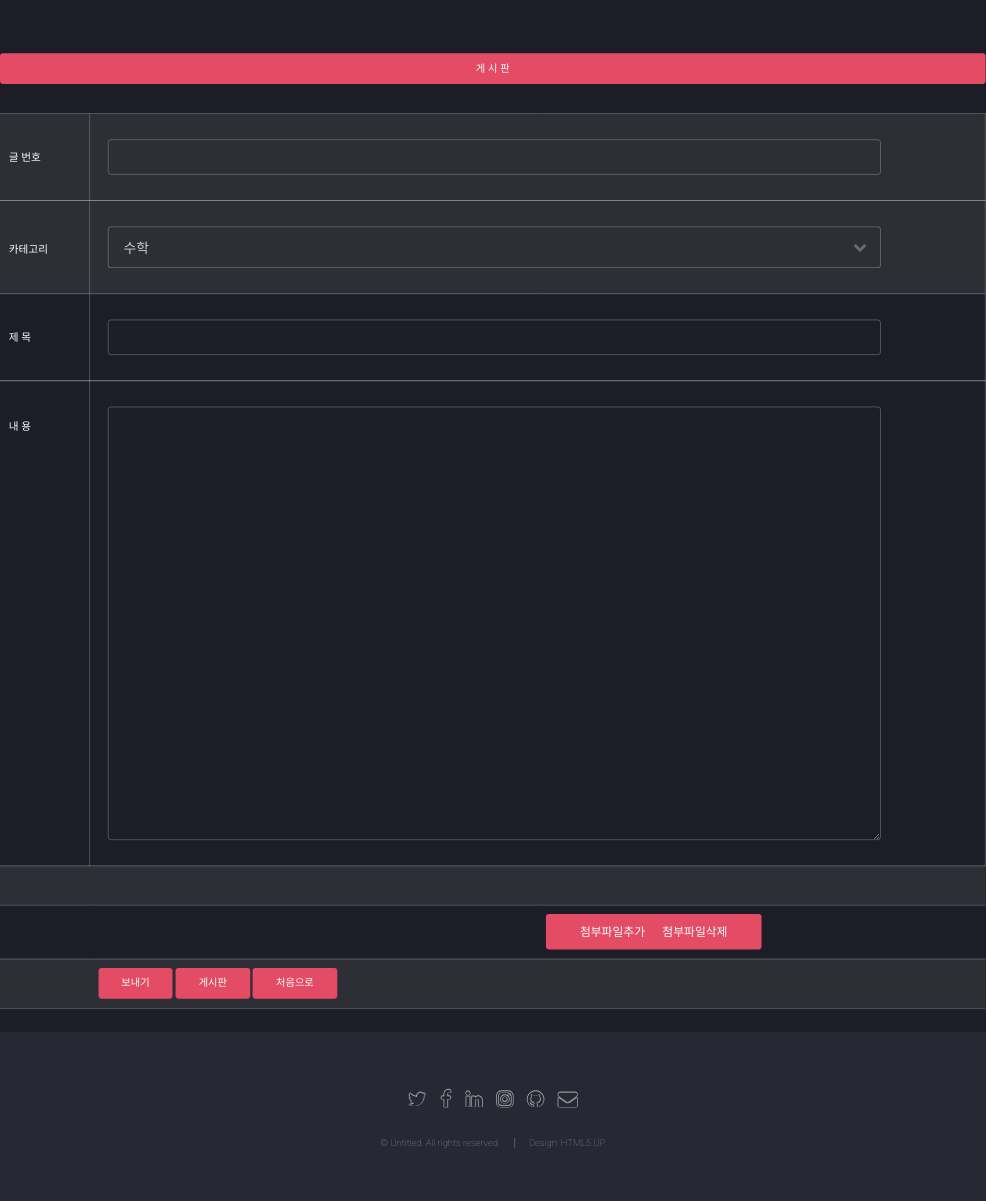
Repository: worMholEamkim/SpringEX
Page: http://localhost/bbs/bbsupdate.do
An editor plug-in stored every save of this project. The page is shown before and after the next save, followed by the edit.
The browser window is 1280 px wide. The pictures show the whole page, at 77% of full size.
The page is served by Tomcat 9. Queries for data that is not in the repository find no rows.

Above is the page before, as saved 2019-03-18 05:27:26.

After the next save:
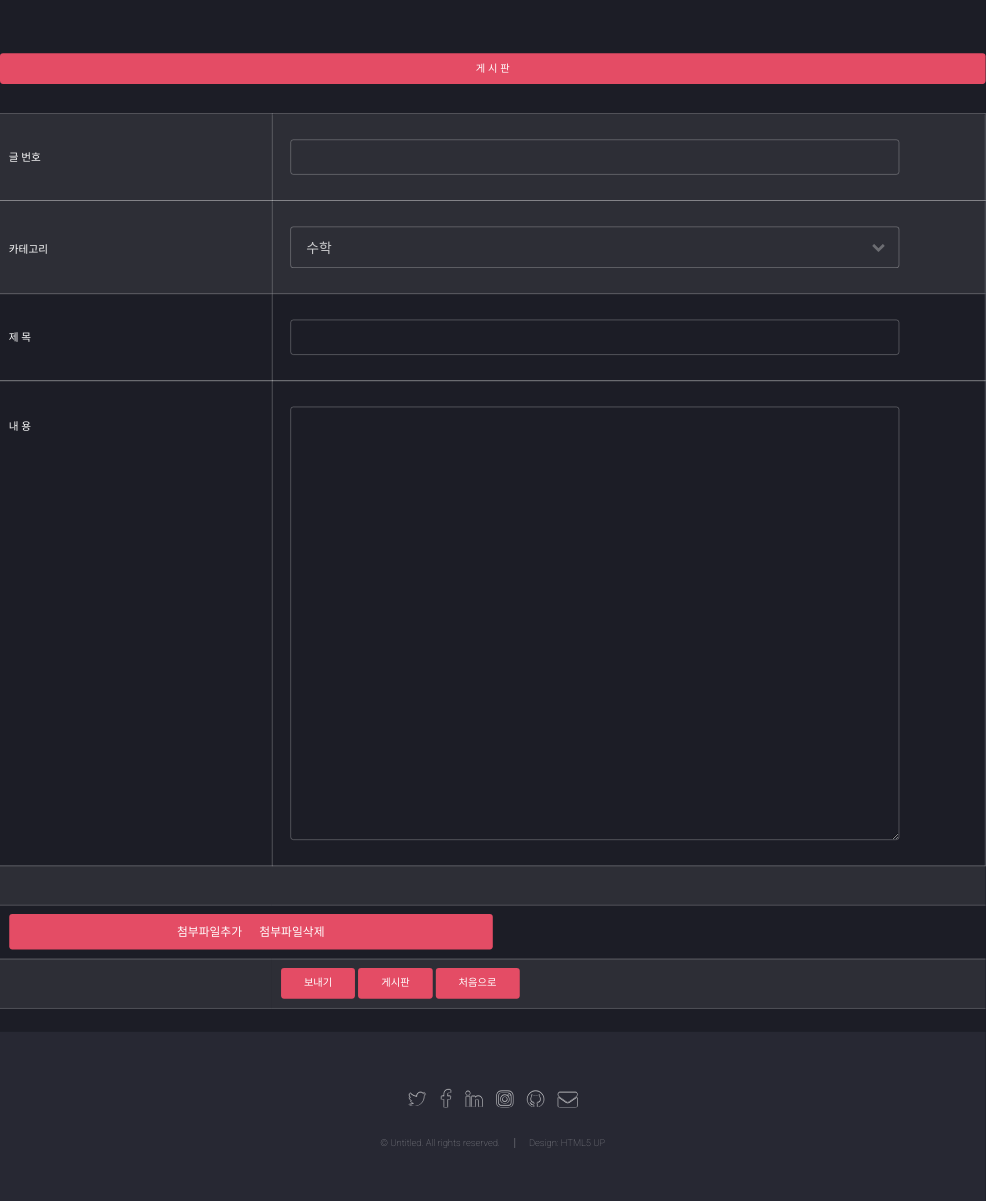
Saved 9 s later.
--- a/JSP_WepPage_Server-master.zip_expanded/JSP_WepPage_Server-master/bbs/WebContent/WEB-INF/bbsupdate.jsp
+++ b/JSP_WepPage_Server-master.zip_expanded/JSP_WepPage_Server-master/bbs/WebContent/WEB-INF/bbsupdate.jsp
@@ -174,8 +174,6 @@
 							}
 						</script>
 
-						<td colspan="2"></td>
-
 						<td colspan="2">
 						<div class="button primary" style="width: 50%;">
 						<input type="hidden" id="file_cnt"

After the save that followed:
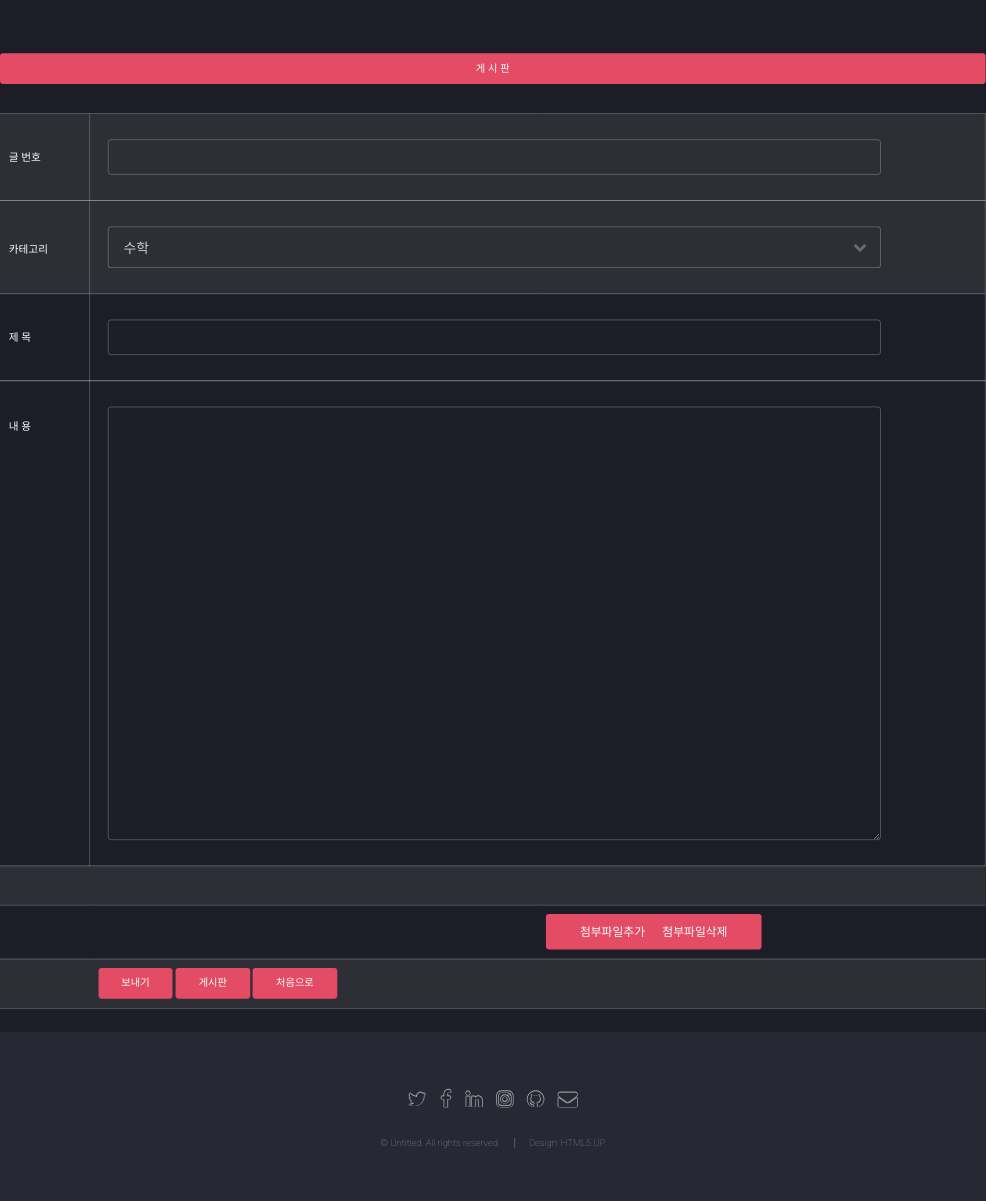
Saved 6 s later.
--- a/JSP_WepPage_Server-master.zip_expanded/JSP_WepPage_Server-master/bbs/WebContent/WEB-INF/bbsupdate.jsp
+++ b/JSP_WepPage_Server-master.zip_expanded/JSP_WepPage_Server-master/bbs/WebContent/WEB-INF/bbsupdate.jsp
@@ -174,6 +174,8 @@
 							}
 						</script>
 
+						<td colspan="2"></td>
+
 						<td colspan="2">
 						<div class="button primary" style="width: 50%;">
 						<input type="hidden" id="file_cnt"
